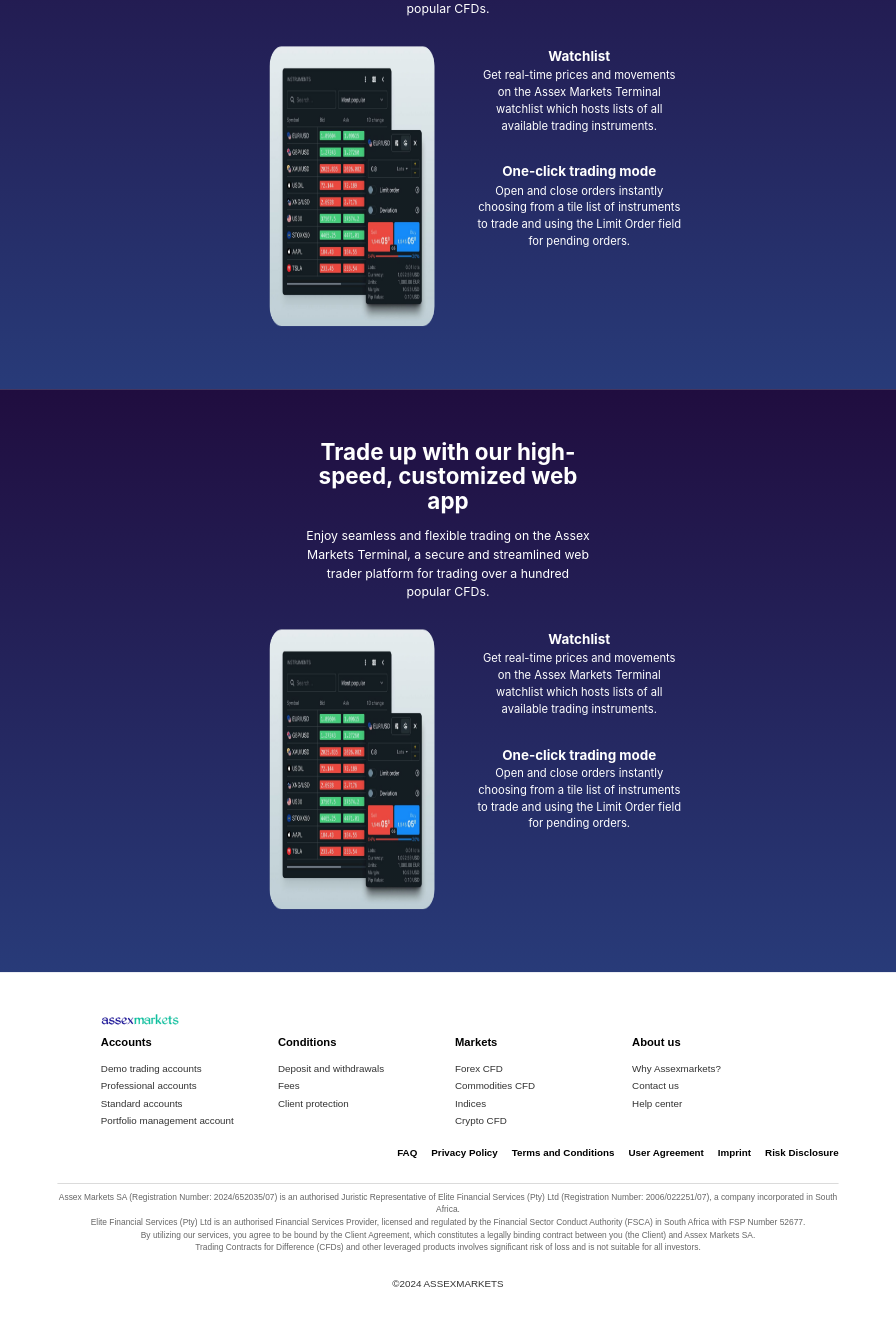
Repository: RevenewMarketing/Assex
Page: /webinar
An editor plug-in stored every save of this project. The page is shown before and after the next save, followed by the edit.
The browser window is 1280 px wide. The pictures show the part of the page from y = 770 to 2690 px (the page is 2690 px tall before and 2437 px after), at 70% of full size.
The project was rebuilt for these pictures with package versions that can differ from the ones it lists, and the page was loaded fresh each time. Also part of the build but not shown: vite.config.ts, src/pages/home/sections/HeroSection.module.css, src/pages/home/sections/HeroSection.tsx, src/pages/home/sections/Section2.tsx, src/pages/home/sections/Section3.tsx, src/pages/home/sections/Section4.tsx, src/pages/home/sections/Section5.tsx, src/pages/home/sections/Section6.tsx and 32 more.

Above is the page before, as saved 2024-11-29 12:21:49.

### index.html
<!doctype html>
<html lang="en">
  <head>
    <meta charset="UTF-8" />
    <link rel="icon" type="image/svg+xml" href="/vite.svg" />
    <meta name="viewport" content="width=device-width, initial-scale=1.0" />
    <title>Assex</title>
  </head>
  <body>
    <div id="root"></div>
    <script type="module" src="/src/main.tsx"></script>
  </body>
</html>

### src/index.css
:root {
  font-family: Inter, system-ui, Avenir, Helvetica, Arial, sans-serif;
  line-height: 1.5;
  font-weight: 400;
  color-scheme: light dark;
  color: rgba(255, 255, 255, 0.87);
  background-color: #ffffff;
  font-synthesis: none;
  max-width: 1920px;
  margin: auto;
  text-rendering: optimizeLegibility;
  -webkit-font-smoothing: antialiased;
  -moz-osx-font-smoothing: grayscale;
  /* Smooth scrolling */
  scroll-behavior: smooth;
}

a {
  font-weight: 500;
  color: #646cff;
  text-decoration: inherit;
}

a:hover {
  color: #535bf2;
}

body {
  margin: 0;
  display: flex;
  place-items: center;
  min-width: 320px;
  min-height: 100vh;
  background-color: #FFF;
  /* align-content: center; */
  flex-direction: column;
  justify-content: flex-start;
}

h1 {
  font-size: 3.2em;
  line-height: 1.1;
}

button {
  border-radius: 8px;
  border: 1px solid transparent;
  padding: 0.6em 1.2em;
  font-size: 1em;
  font-weight: 500;
  font-family: inherit;
  background-color: #1a1a1a;
  cursor: pointer;
  transition: border-color 0.25s;
}

button:hover {
  border-color: #646cff;
}

button:focus,
button:focus-visible {
  outline: 4px auto -webkit-focus-ring-color;
}

@media (prefers-color-scheme: light) {
  :root {
    color: #213547;
    background-color: #ffffff;
  }

  a:hover {
    color: #747bff;
  }

  button {
    background-color: #f9f9f9;
  }
}

### src/App.tsx

import './App.css'
// import Navigation from './pages/home/Navigation'
import NavigationMenu from './components/navigation-menu/NavigationMenu'

import { BrowserRouter, Route, Routes } from 'react-router';
import Home from './pages/home/Home';
import Footer from './components/footer-section/Footer';
import About from './pages/about/About';
import Partner from './pages/partner/Partner';
import AccountTypeCrypto from './pages/account_type_crypto/AccountTypeCrypto';
import Webinar from './pages/web-terminal/Webinar';

function App() {

  return (
    <>
    <BrowserRouter>
    <NavigationMenu />
    <Routes>
      <Route path="/" element={<Home />} />
      <Route path="/about" element={<About />} />
      <Route path="/partner" element={<Partner />} />
      <Route path="/atc" element={<AccountTypeCrypto />} />
      <Route path="/webinar" element={<Webinar />} />
      {/* Define other routes */}
    </Routes>
    <Footer />
  </BrowserRouter>


    </>
  )
}

export default App

### src/App.css
#root {
  max-width: 1920px;
  width: 100%;
  margin: 0 auto;
  padding: 0;
  text-align: center;
}

.logo {
  height: 6em;
  padding: 1.5em;
  will-change: filter;
  transition: filter 300ms;
}
.logo:hover {
  filter: drop-shadow(0 0 2em #646cffaa);
}
.logo.react:hover {
  filter: drop-shadow(0 0 2em #61dafbaa);
}

@keyframes logo-spin {
  from {
    transform: rotate(0deg);
  }
  to {
    transform: rotate(360deg);
  }
}

@media (prefers-reduced-motion: no-preference) {
  a:nth-of-type(2) .logo {
    animation: logo-spin infinite 20s linear;
  }
}

.card {
  padding: 2em;
}

.read-the-docs {
  color: #888;
}

/* Auth Buttons */
.authButtons {
  /* margin-left: auto; */
  display: flex;
  gap: 10px;
}

### src/components/footer-section/Footer.tsx
import styles from './FooterStyles.module.css';
import essexLogo from '../../assets/pages/Global/2-Footer/1AssexMarket-WordMark.png';
import { Link } from 'react-router';

const footerContent = {
  accounts: [
    { title: 'Demo trading accounts', isActive: false },
    { title: 'Professional accounts', isActive: false },
    { title: 'Standard accounts', isActive: false },
    { title: 'Portfolio management account', isActive: false },
  ],
  conditions: [
    { title: 'Deposit and withdrawals', isActive: false },
    { title: 'Fees', isActive: false },
    { title: 'Client protection', isActive: false },
  ],
  markets: [
    { title: 'Forex CFD', isActive: false },
    { title: 'Commodities CFD', isActive: false },
    { title: 'Indices', isActive: false },
    { title: 'Crypto CFD', isActive: false },
  ],
  aboutUs: [
    { title: 'Why Assexmarkets?', isActive: false },
    { title: 'Contact us', isActive: false },
    { title: 'Help center', isActive: false },
  ],
  links: [
    { title: 'FAQ', isActive: false },
    { title: 'Privacy Policy', isActive: false },
    { title: 'Terms and Conditions', isActive: false },
    { title: 'User Agreement', isActive: false },
    { title: 'Imprint', isActive: false },
    { title: 'Risk Disclosure', isActive: false },
  ],
  details: [
    'Assex Markets SA (Registration Number: 2024/652035/07) is an authorised Juristic Representative of Elite Financial Services (Pty) Ltd (Registration Number: 2006/022251/07), a company incorporated in South Africa.',
    'Elite Financial Services (Pty) Ltd is an authorised Financial Services Provider, licensed and regulated by the Financial Sector Conduct Authority (FSCA) in South Africa with FSP Number 52677.',
    'By utilizing our services, you agree to be bound by the Client Agreement, which constitutes a legally binding contract between you (the Client) and Assex Markets SA.',
    'Trading Contracts for Difference (CFDs) and other leveraged products involves significant risk of loss and is not suitable for all investors.',
  ],
};

const Footer: React.FC = () => {
  return (
    <footer className={styles.footerContainer}>
      <div className={styles.logoContainer}>
        <img src={essexLogo} alt="Assex Markets Logo" />
      </div>
      <div className={styles.columnsContainer}>
        <div>
          <h4>Accounts</h4>
          <ul>
            {footerContent.accounts.map((account, index) => (
              <li
                key={index}
                className={!account.isActive ? styles.noDrag : undefined}
              >
                {account.title}
              </li>
            ))}
          </ul>
        </div>
        <div>
          <h4>Conditions</h4>
          <ul>
            {footerContent.conditions.map((condition, index) => (
              <li
                key={index}
                className={!condition.isActive ? styles.noDrag : undefined}
              >
                {condition.title}
              </li>
            ))}
          </ul>
        </div>
        <div>
          <h4>Markets</h4>
          <ul>
            {footerContent.markets.map((market, index) => (
              <li
                key={index}
                className={!market.isActive ? styles.noDrag : undefined}
              >
                {market.title}
              </li>
            ))}
          </ul>
        </div>
        <div>
          <Link to="/about">
            <h4>About us</h4>
          </Link>
          <ul>
            {footerContent.aboutUs.map((about, index) => (
              <li
                key={index}
                className={!about.isActive ? styles.noDrag : undefined}
              >
                {about.title}
              </li>
            ))}
          </ul>
        </div>
      </div>
      <div className={styles.linksContainer}>
        {footerContent.links.map((link, index) => (
          <a
            href="#"
            key={index}
            className={!link.isActive ? styles.noDrag : undefined}
          >
            {link.title}
          </a>
        ))}
      </div>
      <div className={styles.details}>
        {footerContent.details.map((detail, index) => (
          <p key={index}>{detail}</p>
        ))}
      </div>
      <div className={styles.copyright}>
        <p>©2024 ASSEXMARKETS</p>
      </div>
    </footer>
  );
};

export default Footer;

### src/pages/web-terminal/Webinar.tsx

import Section1 from "./sections/Section1"
import Section2 from "./sections/Section2"
import Section3 from "./sections/Section3"




const Webinar = () => {
  return (
    <div>
      <Section1 />
      <Section2 />
      <Section3 />

    </div>
  )
}

export default Webinar

### src/components/navigation-menu/NavigationMenu.module.css
.navigationContainer {
  position: relative;
  font-family: Arial, sans-serif;
}

/* Navigation Bar */
.navigationBar {
  position: fixed;
  top: 0;
  left: 0;
  width: 100%;
  display: flex;
  background-color: #ffffff;
  padding: 10px 20px;
  box-sizing: border-box;
  z-index: 1001;
  justify-content: center;
  align-items: center;
}

/* Menu Item Container */
.menuItemContainer {
  margin-right: 20px;
}

/* Menu Items */
.menuItem {
  background: none;
  border: none;
  color: rgb(34, 34, 34);
  font-size: 1.2rem;
  cursor: pointer;
  transition: opacity 0.3s;
}

.menuItem:hover {
  opacity: 0.7;
}

.active {
  opacity: 0.5;
}

.navLogo {
  margin-right: 5dvw;
}

.languageSelector {
  margin-left: 20px;
  display: flex;
  align-items: center;
  font-size: 14px;
  color: #000000d8;
  cursor: pointer;
}

.globeIcon {
  margin-right: 5px;

}

/* Submenu */
.submenu {
  position: fixed;
  top: 50px;
  left: 0;
  width: 100%;
  height: 300px;
  background-color: #ffffff;
  box-shadow: 0 4px 8px rgba(0, 0, 0, 0.2);
  padding: 20px;
  box-sizing: border-box;
  z-index: 1000;
  opacity: 0;
  transform: translateY(-100%);
}

.submenuContent {
  display: flex
  ;
      justify-content: flex-start;
      gap: 10dvw;
      padding: 0 5dvw;
}

.submenuSection h4 {
  color: #00b074;
  font-size: 1.2rem;
}

.submenuSection p {
  font-size: 1.2rem;
}

.submenuSection {
  text-align: left;
}

.submenuSection a {
  color: #000000;
  text-decoration: none;
  cursor: pointer;
  transition: color 0.3s;
}

.submenuSection a:hover {
  color: #00b074;
  transition: color 0.3s;
}

/* Fade In Animation */
.fadeIn {
  animation: slide-in-top 0.3s cubic-bezier(0.25, 0.46, 0.45, 0.94) forwards;
}

@keyframes slide-in-top {
  0% {
    transform: translateY(-100%);
    opacity: 0;
  }
  100% {
    transform: translateY(0);
    opacity: 1;
  }
}

/* Fade Out Animation */
.fadeOut {
  animation: slide-out-top 0.3s cubic-bezier(0.25, 0.46, 0.45, 0.94) forwards;
}

@keyframes slide-out-top {
  0% {
    transform: translateY(0);
    opacity: 1;
  }
  100% {
    transform: translateY(-100%);
    opacity: 0;
  }
}





/* Overlay */
.overlay {
  position: fixed;
  top: 50px;
  left: 0;
  width: 100%;
  height: calc(100% - 50px);
  background: rgba(0, 0, 0, 0.5);
  z-index: 999;
  opacity: 0;
  visibility: hidden;
  transition: opacity 0.3s ease, visibility 0.3s ease;
}

.fadeInOverlay {
  opacity: 1;
  visibility: visible;
  backdrop-filter: blur(5px);
}

.fadeOutOverlay {
  opacity: 0;
  visibility: hidden;
}

/* Page Content */
.pageContent {
  /* padding: 80px 20px 20px 20px; */
  transition: opacity 0.3s;
}

.dimmed {
  opacity: 0.3;
}

### src/components/ReusableButton.tsx

import styles from './GlobalComponentStyles.module.css';

type Props = {
  link?: string;
  text: string;
  type: 'register' | 'sign-in' | 'logout' | 'profile' | 'settings' | 'help' | 'free-trial' | 'learn-more' | 'dark' | 'light';
};

export default function ReusableButton({ link, text, type }: Props) {
  return (
      <button
      style={{
        backgroundColor: type === 'register' ? '#19BC9C' :
        type === 'sign-in' ? '#F4F6F7' :
        type === 'logout' ? '#FF6347' :
        type === 'profile' ? '#FFA07A' :
        type === 'settings' ? '#FF7F50' :
        type === 'help' ? '#FFA500' :
        type === 'free-trial' ? '#FFD700' :
        type === 'learn-more' ? '#FF4500' :
        type === 'dark' ? '#4C4B4D' :
        type === 'light' ? '#fff' : '#000',
        color: type === 'dark' ? '#fff' : '#000'
      }}
        className={styles.registerButton}
        onClick={() => window.open(link, '_blank')}
      >{text}
      </button>

  );
}

### src/components/footer-section/FooterStyles.module.css
.footerContainer {
  background-color: #ffffff;
  color: #333;
  padding: 60px 20px;
  font-family: Arial, sans-serif;
  font-size: 14px;
  line-height: 1.8;
}

.footerContainer h4 {
  font-size: 16px;
  font-weight: bold;
  margin-bottom: 10px;
  color: #000;
  text-align: left;
  margin-top: 0;
}

.footerContainer ul {
  list-style-type: none;
  padding: 0;
  margin: 0;
  text-align: left;
}

.footerContainer ul li {
  margin-bottom: 0px;
  cursor: pointer;
}

.footerContainer ul li:hover {
  color: #00b894;
}

.footerContainer .columnsContainer {
  display: flex;
  justify-content: space-between;
  gap: 20px;
  flex-wrap: wrap;
  margin-bottom: 40px;
  width: 80%;
  margin: auto;
}

.noDrag {
  cursor: no-drop !important;
}

.footerContainer .columnsContainer>div {
  flex: 1;
  min-width: 180px;
  /* Ensures alignment and proper spacing */
}

.linksContainer {
  display: flex;
  gap: 20px;
  justify-content: flex-end;
  width: 95%;
}

.linksContainer a {
  color: #000000 !important;
  font-weight: 600;
}

.footerContainer .linksContainer {
  text-align: center;
  margin: 20px 0 30px;
}

.footerContainer .linksContainer a {
  color: #007bff;
  text-decoration: none;
  margin: 0px;
  font-size: 14px;
}

.footerContainer .linksContainer a:hover {
  text-decoration: underline;
}

.footerContainer .details {
  font-size: 12px;
  color: #666;
  line-height: 1.5;
  margin: 20px auto;
  text-align: center;
  width: 90%;
  border-top: 1px solid #80808061;
  padding-top: 10px;
}

.footerContainer .details p {
  margin-bottom: 15px;
}

.footerContainer .logoContainer {
  text-align: left;
  margin: auto;
  width: 80%;
}

.footerContainer .logoContainer img {
  max-width: 150px;
}

.footerContainer .copyright {
  text-align: center;
  font-size: 14px;
  margin-top: 30px;
}


.details p {
  margin: 0 !important;
}

### src/pages/web-terminal/sections/Section1.tsx

import styles from './Section1.module.css';

const textContent = {
  title: 'CRYPTO TRADING WITHOUT THE SWAP FEES',
  subtitle: 'Trade popular cryptocurrencies including BTCUSD, ETHUSD, and LTCUSD. Hold your positions with no overnight charges.',
  registerButton: 'Register',
  demoButton: 'Try free demo',
};

const Section1: React.FC = () => {
  return (
    <section className={styles.container}>
    <div className={styles.textContainer}>
       <i> <h1 className={styles.title}>{textContent.title}</h1></i>
        <p className={styles.subtitle}>{textContent.subtitle}</p>
    </div>
      <div className={styles.buttonsContainer}>
        <button className={`${styles.button} ${styles.primaryButton}`}>{textContent.registerButton}</button>
        <button className={styles.button}>{textContent.demoButton}</button>
      </div>
    </section>
  );
};

export default Section1;

### src/pages/web-terminal/sections/Section2.tsx

import styles from './Section2.module.css';
import webAppImage from '../../../assets/pages/Web-Terminal/2-section1-Image1.png';

const content = {
  title: "Trade up with our high-speed, customized web app",
  description:
    "Enjoy seamless and flexible trading on the Assex Markets Terminal, a secure and streamlined web trader platform for trading over a hundred popular CFDs.",
  watchlistTitle: "Watchlist",
  watchlistDescription:
    "Get real-time prices and movements on the Assex Markets Terminal watchlist which hosts lists of all available trading instruments.",
  tradingModeTitle: "One-click trading mode",
  tradingModeDescription:
    "Open and close orders instantly choosing from a tile list of instruments to trade and using the Limit Order field for pending orders.",
};

const Section2: React.FC = () => {
  return (
    <div className={styles.section}>
      <div className={styles.textContainer}>
       <div className={styles.headerContent} >
          <h1 className={styles.title}>{content.title}</h1>
          <p className={styles.description}>{content.description}</p>
       </div>

       <div className={styles.innerContents} >
          <div className={styles.features}>
            <div className={styles.feature}>
              <h2 className={styles.featureTitle}>{content.watchlistTitle}</h2>
              <p className={styles.featureDescription}>
                {content.watchlistDescription}
              </p>
            </div>
            <div className={styles.feature}>
              <h2 className={styles.featureTitle}>
                {content.tradingModeTitle}
              </h2>
              <p className={styles.featureDescription}>
                {content.tradingModeDescription}
              </p>
            </div>
          </div>

          <img
          className={styles.imagePlaceholder}
          src={webAppImage}
          alt="Web App"
        />
        </div>

       </div>

    </div>
  );
};

export default Section2;

### src/pages/web-terminal/sections/Section3.tsx

import styles from './Section2.module.css';
import webAppImage from '../../../assets/pages/Web-Terminal/2-section1-Image1.png';

const content = {
  title: "Trade up with our high-speed, customized web app",
  description:
    "Enjoy seamless and flexible trading on the Assex Markets Terminal, a secure and streamlined web trader platform for trading over a hundred popular CFDs.",
  watchlistTitle: "Watchlist",
  watchlistDescription:
    "Get real-time prices and movements on the Assex Markets Terminal watchlist which hosts lists of all available trading instruments.",
  tradingModeTitle: "One-click trading mode",
  tradingModeDescription:
    "Open and close orders instantly choosing from a tile list of instruments to trade and using the Limit Order field for pending orders.",
};

const Section3: React.FC = () => {
  return (
    <div className={styles.section}>
      <div className={styles.textContainer}>
       <div className={styles.headerContent} >
          <h1 className={styles.title}>{content.title}</h1>
          <p className={styles.description}>{content.description}</p>
       </div>

       <div className={styles.innerContents} >
          <div className={styles.features}>
            <div className={styles.feature}>
              <h2 className={styles.featureTitle}>{content.watchlistTitle}</h2>
              <p className={styles.featureDescription}>
                {content.watchlistDescription}
              </p>
            </div>
            <div className={styles.feature}>
              <h2 className={styles.featureTitle}>
                {content.tradingModeTitle}
              </h2>
              <p className={styles.featureDescription}>
                {content.tradingModeDescription}
              </p>
            </div>
          </div>

          <img
          className={styles.imagePlaceholder}
          src={webAppImage}
          alt="Web App"
        />
        </div>

       </div>

    </div>
  );
};

export default Section3;

### src/components/GlobalComponentStyles.module.css


.registerButton {
  background-color: #00b074;
  color: white;
  border: none;
  padding: 8px 16px;
  font-size: 14px;
  border-radius: 4px;
  cursor: pointer;
}

.signInButton {
  background-color: #f4f4f4;
  color: #333;
  border: 1px solid #ccc;
  padding: 8px 16px;
  font-size: 14px;
  border-radius: 4px;
  cursor: pointer;
}

### src/pages/web-terminal/sections/Section1.module.css
.container {
  background-image: url('../../../assets/pages/Crypto/1-cryptoBanner.jpg'); /* Replace with your background image path */
  background-size: cover;
  background-position: center;
  background-repeat: no-repeat;
  min-height: 63dvh;
  display: flex;
  flex-direction: column;
  justify-content: center;
  align-items: flex-start;
  padding: 20px 40px;
  background-color: rgba(0, 0, 0, 0.73);
  max-width: inherit;
}

@media (max-width: 768px) {
  .container {
    height: auto;
    padding: 15px;
  }
}

.title {
  font-size: 3rem; /* Reduced from 5rem for better scaling */
  font-weight: 700;
  color: white;
  margin: 0 0 20px;
  text-align: left;
}

@media (max-width: 768px) {
  .title {
    font-size: 2.2rem; /* Scaled down for smaller screens */
    margin-bottom: 15px;
  }
}

.textContainer {
  width: 55%;
}

@media (max-width: 768px) {
  .textContainer {
    width: 100%; /* Ensure text occupies full width on smaller screens */
  }
}

.subtitle {
  font-size: 1.8rem; /* Reduced from 2rem for consistency */
  color: white;
  margin: 0 0 30px;
  text-align: left;
  width: 72%;
}

@media (max-width: 768px) {
  .subtitle {
    font-size: 1.2rem; /* Adjusted for smaller screens */
    margin-bottom: 20px;
    width: 100%; /* Occupy full width for better readability */
  }
}

.buttonsContainer {
  display: flex;
  gap: 15px;
}

@media (max-width: 768px) {
  .buttonsContainer {
    flex-direction: column;
    gap: 10px;
  }
}

.button {
  background-color: white;
  color: #00c897;
  border: 2px solid #00c897;
  border-radius: 5px;
  font-size: 1rem; /* Consistent button text size */
  font-weight: 600;
  padding: 10px 20px;
  cursor: pointer;
  transition: all 0.3s ease;
}

.button:hover {
  background-color: #e8f8f4;
}

.primaryButton {
  background-color: #00c897;
  color: white;
}

.primaryButton:hover {
  background-color: #00b087;
}

@media (max-width: 768px) {
  .button {
    width: 100%;
    text-align: center;
  }
}

### src/pages/web-terminal/sections/Section2.module.css
.section {
  display: flex;
  justify-content: space-between;
  align-items: center;
  background: rgb(40, 59, 121);
  background: linear-gradient(0deg, rgba(40, 59, 121, 1) 0%, rgba(32, 13, 63, 1) 100%);
  color: #ffffff;
  padding: 50px;
  flex-direction: column;
}

.textContainer {
  max-width: 50%;
}

.headerContent {
  width: 70%;
  margin: auto;
}

.innerContents {
  display: flex;
  flex-direction: row-reverse;
  flex-wrap: wrap;
  width: 100%;
  justify-content: space-between;
  align-content: center;
  margin: 40px;
}

.title {
  font-size: 2rem;
  font-weight: bold;
  margin-bottom: 20px;
}

.description {
  font-size: 1.1rem;
  margin-bottom: 30px;
}

.features {
  display: flex;
  flex-direction: column;
  gap: 20px;
  width: 50%;
}

.feature {
  margin-bottom: 20px;
}

.featureTitle {
  font-size: 1.2rem;
  font-weight: bold;
  margin: 0;
}

.featureDescription {
  font-size: 1rem;
  line-height: 1.5;
  margin: 0;
}

.imagePlaceholder {
  width: 40%;
  height: 400px;
  transition: all 0.3s;
  border-radius: 10px;
}

.imagePlaceholder:hover {
  transform: scale(1.2);
}

Loaded but not shown: src/main.tsx (common file); src/components/navigation-menu/NavigationMenu.tsx (271 lines, source omitted)

After the next save:
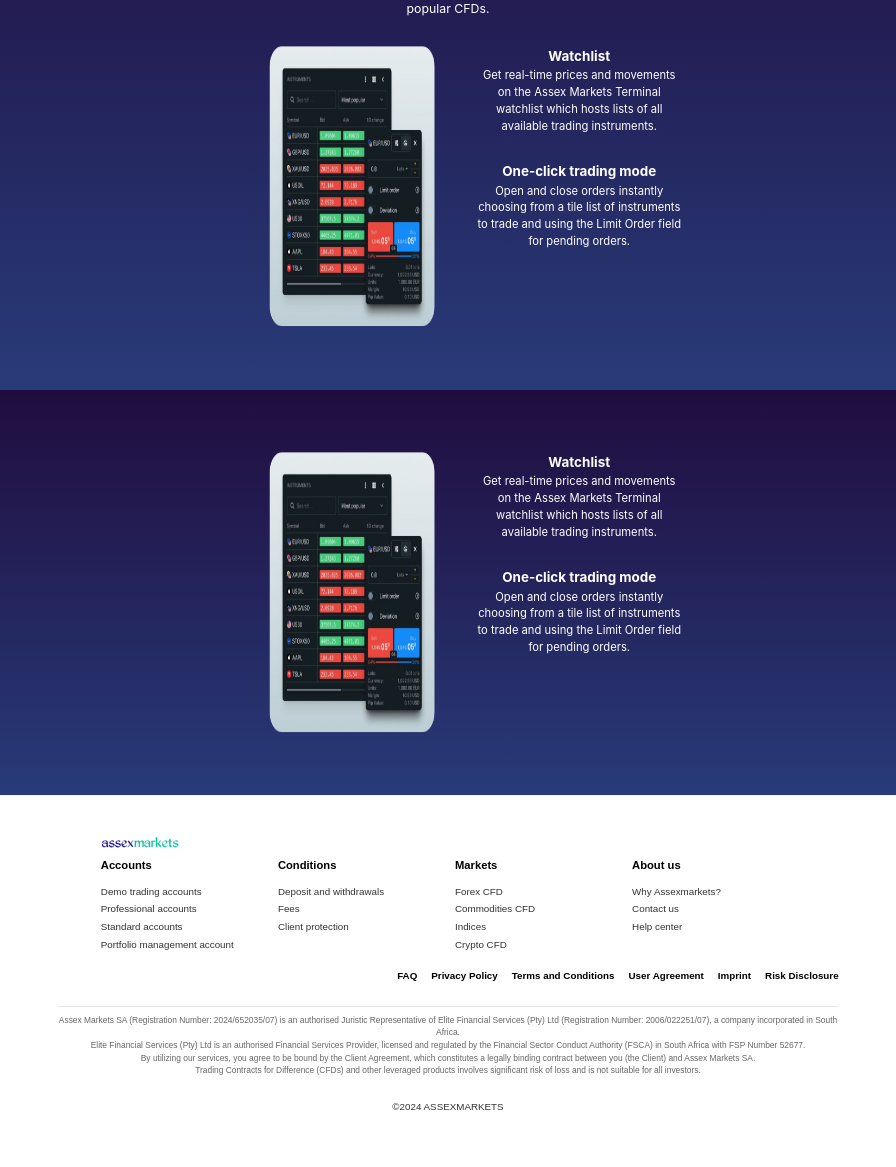
Saved 43 s later.
--- a/src/pages/web-terminal/sections/Section3.tsx
+++ b/src/pages/web-terminal/sections/Section3.tsx
@@ -3,10 +3,7 @@
 import webAppImage from '../../../assets/pages/Web-Terminal/2-section1-Image1.png';
 
 const content = {
-  title: "Trade up with our high-speed, customized web app",
-  description:
-    "Enjoy seamless and flexible trading on the Assex Markets Terminal, a secure and streamlined web trader platform for trading over a hundred popular CFDs.",
-  watchlistTitle: "Watchlist",
+watchlistTitle: "Watchlist",
   watchlistDescription:
     "Get real-time prices and movements on the Assex Markets Terminal watchlist which hosts lists of all available trading instruments.",
   tradingModeTitle: "One-click trading mode",
@@ -18,10 +15,7 @@
   return (
     <div className={styles.section}>
       <div className={styles.textContainer}>
-       <div className={styles.headerContent} >
-          <h1 className={styles.title}>{content.title}</h1>
-          <p className={styles.description}>{content.description}</p>
-       </div>
+
 
        <div className={styles.innerContents} >
           <div className={styles.features}>
